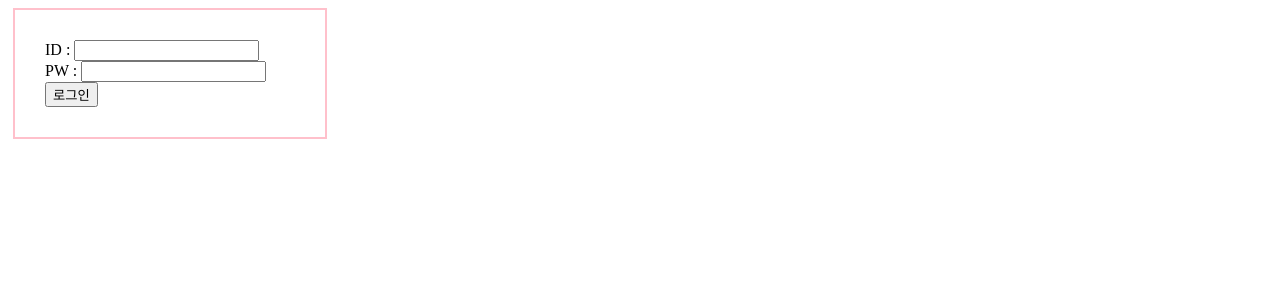
Repository: hyejux/jsp
Page: http://localhost/JSPBasic/response/res_02.jsp
The author's editor kept a copy of each file at every save. The page is drawn from the files as they stood at one save, then again after the next save.
The browser window is 1280 px wide. The pictures show the whole page.
The page is served by Tomcat 10.

Above is the page before, as saved 2024-06-26 00:34:21.

After the next save:
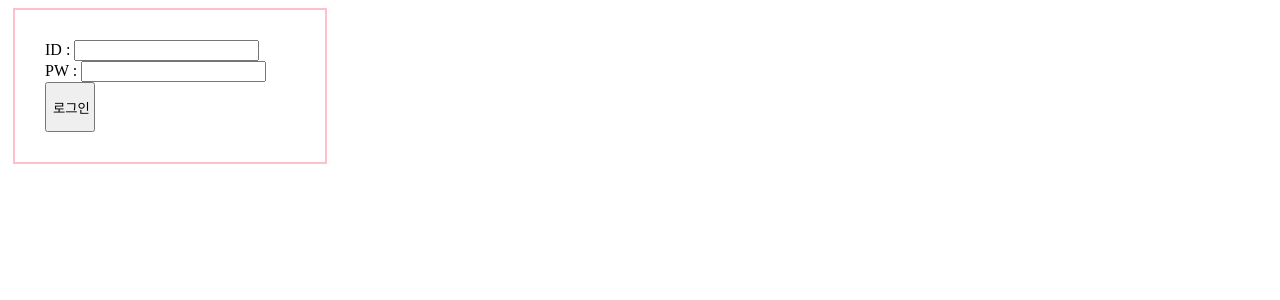
Saved 43 s later.
--- a/JSPBasic/src/main/webapp/response/res_02.jsp
+++ b/JSPBasic/src/main/webapp/response/res_02.jsp
@@ -14,11 +14,13 @@
 	margin : 5px;
 
 	}
-	input {
-	marign : 5px;
+
+	#btn{
+
+	width:50px;
+	height:50px;
+
 	}
-
-
 </style>
 </head>
 <body>
@@ -32,7 +34,7 @@
 	ID : <input type="text" name="id"> <br>
 	PW : <input type="password" name="pw"> <br>
 
-	<input type="submit" value="로그인" name="submit">
+	<input type="submit" value="로그인" name="submit" id="btn">
 </form>
 
 </body>
